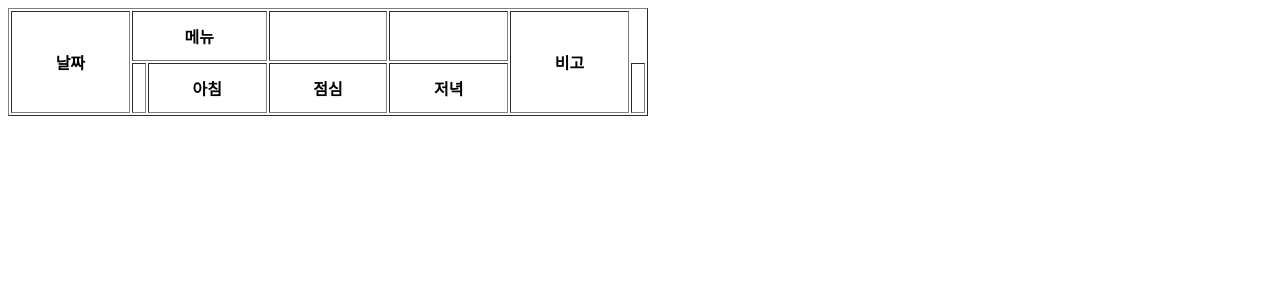
Repository: WonSeungUn/VSCODE
Page: web_work/Html/WebContent/eat_table.html
The author's editor kept a copy of each file at every save. The page is drawn from the files as they stood at one save, then again after the next save.
The browser window is 1280 px wide. The pictures show the whole page.

Above is the page before, as saved 2024-07-08 05:34:55.

### web_work/Html/WebContent/eat_table.html
<!DOCTYPE html>
<html>
<head>
<meta charset="UTF-8">
<title>Insert title here</title>
</head>
<body>
	<table width="640" border="1">
		<thead>
			<tr height="50">
				<th rowspan="2">날짜</th>
				<th colspan="2">메뉴</th>
				<th></th>
				<th></th>
				<th rowspan="2">비고</th>
			</tr>
			<tr height="50">
				<th></th>
				<th>아침</th>
				<th>점심</th>
				<th>저녁</th>
				<th></th>
			</tr>
		</thead>

	</table>
</body>
</html>

After the next save:
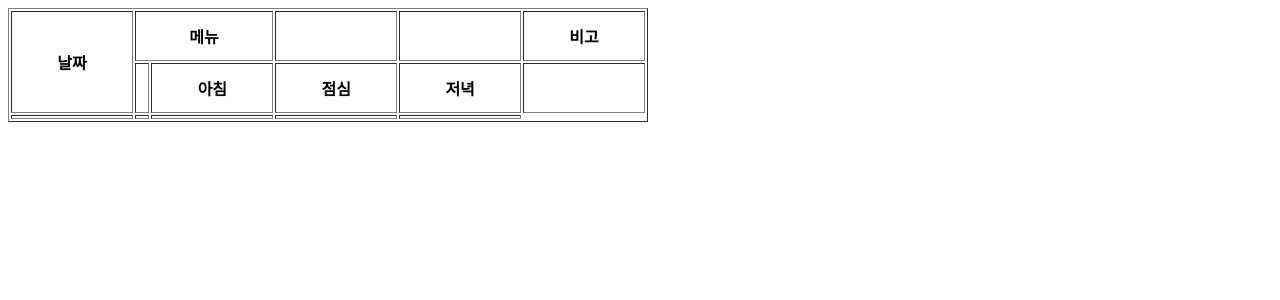
Saved 45 s later.
--- a/web_work/Html/WebContent/eat_table.html
+++ b/web_work/Html/WebContent/eat_table.html
@@ -12,7 +12,7 @@
 				<th colspan="2">메뉴</th>
 				<th></th>
 				<th></th>
-				<th rowspan="2">비고</th>
+				<th>비고</th>
 			</tr>
 			<tr height="50">
 				<th></th>
@@ -22,6 +22,15 @@
 				<th></th>
 			</tr>
 		</thead>
+		<tbody>
+			<tr>
+				<td></td>
+				<td></td>
+				<td></td>
+				<td></td>
+				<td></td>
+			</tr>
+		</tbody>
 
 	</table>
 </body>
